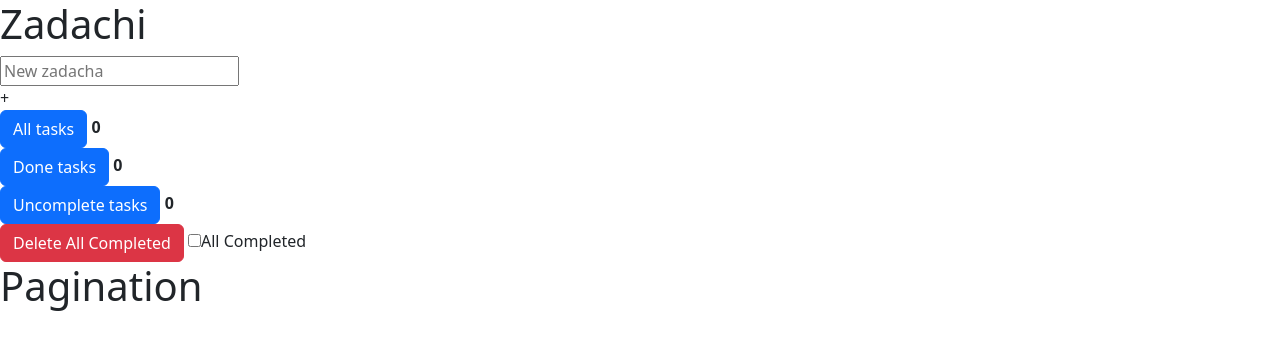
Repository: MaximIshkhanov/todo
Page: index.html
An editor plug-in stored every save of this project. The page is shown before and after a run of saves, followed by the edit.
The browser window is 1280 px wide. The pictures show the whole page.
The page's requests for data from a server got no answer.

Above is the page before, as saved 2024-08-01 16:59:38.

After the next 3 saves:
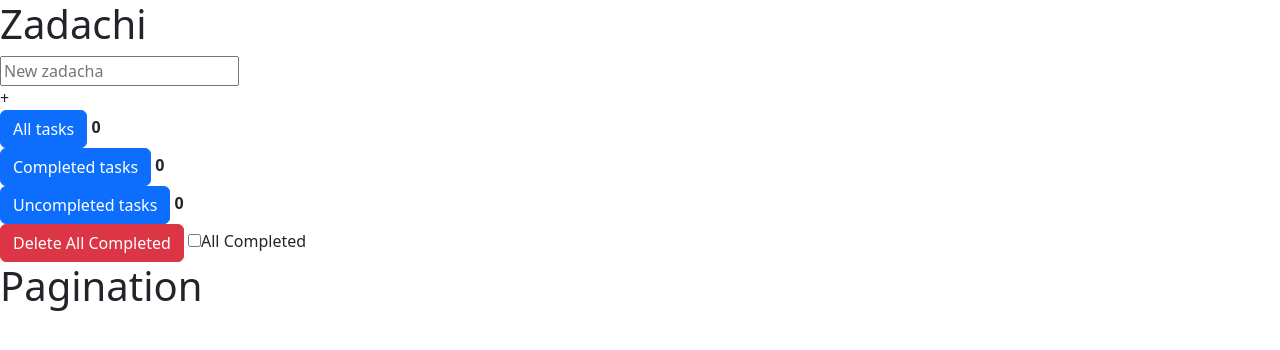
The 3 saves are shown as one change because they came seconds apart.
The last was saved 12 s later.
--- a/index.html
+++ b/index.html
@@ -20,11 +20,11 @@
                  <button id="all-tasks-button" class="btn btn-primary">All tasks</button>
                 <strong id="all-tasks-counter">0</strong>
             <div>
-                <button id="completed-tasks-button" class="btn btn-primary">Done tasks</button>
+                <button id="completed-tasks-button" class="btn btn-primary">Completed tasks</button>
                 <strong id="completed-tasks-counter" >0</strong>
             </div>
             <div>
-                <button id="uncompleted-tasks-button" class="btn btn-primary">Uncomplete tasks</button>
+                <button id="uncompleted-tasks-button" class="btn btn-primary">Uncompleted tasks</button>
                 <strong id="uncompleted-tasks-counter">0</strong>
             </div>
             <div>
